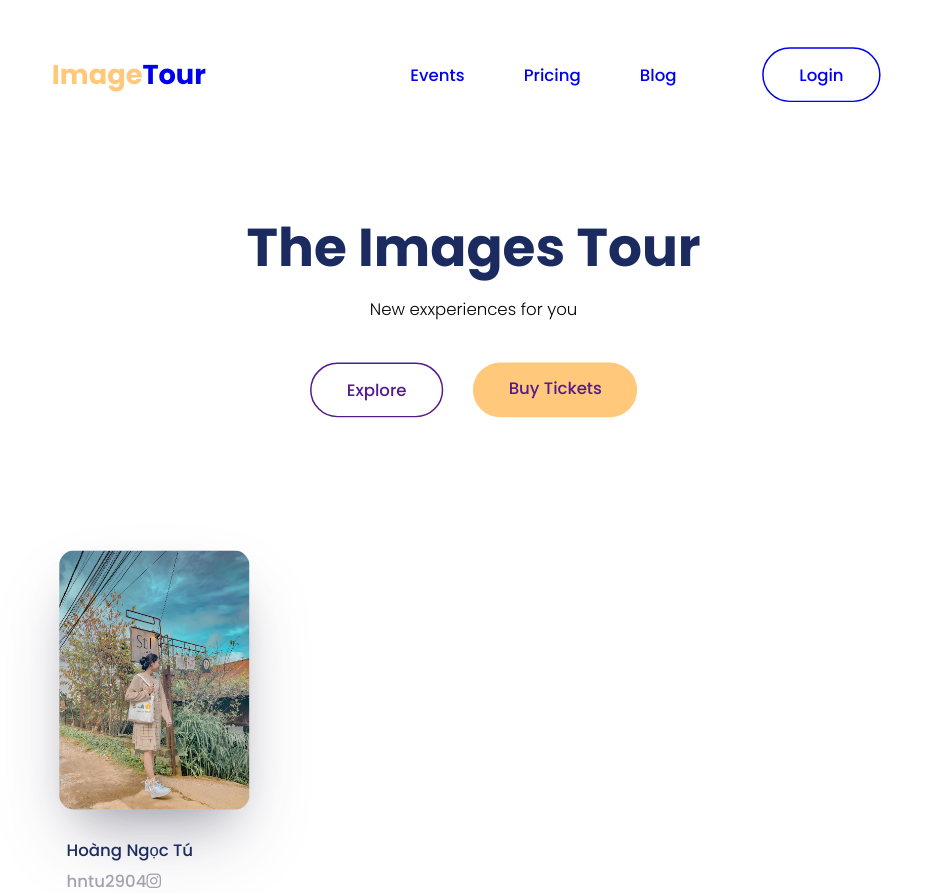
Repository: lausamtuong/Cut-psd-to-html
Page: index.html
The author's editor kept a copy of each file at every save. The page is drawn from the files as they stood at one save, then again after the next save.
The browser window is 1280 px wide. The pictures show the whole page, at 74% of full size.
Some web libraries are served in a nearby version. The style sheet was rebuilt from its Sass, Less or Tailwind sources for each picture, by a compiler version that may differ from the author's.

Above is the page before, as saved 2021-12-07 08:03:23.

### index.html
<!DOCTYPE html>
<html lang="en">
<head>
    <meta charset="UTF-8">
    <meta http-equiv="X-UA-Compatible" content="IE=edge">
    <meta name="viewport" content="width=device-width, initial-scale=1.0">
    <script src="https://unpkg.com/babel-standalone@6/babel.min.js"></script>
    <link rel="stylesheet" href="https://cdnjs.cloudflare.com/ajax/libs/font-awesome/6.0.0-beta3/css/all.min.css" integrity="sha512-Fo3rlrZj/k7ujTnHg4CGR2D7kSs0v4LLanw2qksYuRlEzO+tcaEPQogQ0KaoGN26/zrn20ImR1DfuLWnOo7aBA==" crossorigin="anonymous" referrerpolicy="no-referrer" />
    <title>Playground</title>
    <link
        rel="stylesheet"
        type="text/css"
        href="https://cdn.jsdelivr.net/npm/slick-carousel@1.8.1/slick/slick.css"
      />
    <link rel="stylesheet" href="style.css">
    <link rel="stylesheet" href="reset.css">
    <link href="https://fonts.googleapis.com/css2?family=Lato:ital,wght@1,700;1,900&family=Poppins:wght@300;500;700&display=swap" rel="stylesheet">

</head>
<body>
    <div class="wrapper">
        <header class="header">
            <div class="container header__iner">
                <a href="index.html" class="logo">
                    <span class="logo__text">Image</span>Tour
                </a>
                <nav class="header__menu">
                    <ul class="header__menu-list">
                        <li class="header__menu-item">
                            <a href="#" class="header__menu-link">Events</a>
                        </li>
                        <li class="header__menu-item">
                            <a href="#" class="header__menu-link">Pricing</a>
                        </li>
                        <li class="header__menu-item">
                            <a href="#" class="header__menu-link">Blog</a>
                        </li>
                        <li class="header__menu-item">
                            <a href="#" class="header__menu-link btn btn--border btn--rounded">Login</a>
                        </li>
                    </ul>
                </nav>
            </div>
        </header>
        <section class="banner">
            <div class="container">
                <h1 class="banner__headding">
                   The Images Tour
                </h1>
                <p class="banner__decs">New exxperiences for you </p>
                <div class="banner__buttons">
                    <a href="" class="btn btn--border btn--rounded">Explore</a>
                    <a href="" class="btn btn--rounded btn--primary">Buy Tickets</a>
                </div>
            </div>
        </section>
        <section class="category">
            <div class="container">
                <ul class="category-list">


                </ul>
            </div>
        </section>

    </div>
    <script
    type="text/javascript"
    src="https://code.jquery.com/jquery-1.11.0.min.js"
  ></script>
  <script
    type="text/javascript"
    src="https://code.jquery.com/jquery-migrate-1.2.1.min.js"
  ></script>
  <script
    type="text/javascript"
    src="https://cdn.jsdelivr.net/npm/slick-carousel@1.8.1/slick/slick.min.js"
  ></script>

  <script src="https://unpkg.com/react@17/umd/react.development.js" crossorigin></script>
  <script src="https://unpkg.com/react-dom@17/umd/react-dom.development.js" crossorigin></script>
  <script type="text/babel" src="./app.js"> </script>
</body>
</html>

### reset.css
/* http://meyerweb.com/eric/tools/css/reset/
   v2.0 | 20110126
   License: none (public domain)
*/

html, body, div, span, applet, object, iframe,
h1, h2, h3, h4, h5, h6, p, blockquote, pre,
a, abbr, acronym, address, big, cite, code,
del, dfn, em, img, ins, kbd, q, s, samp,
small, strike, strong, sub, sup, tt, var,
b, u, i, center,
dl, dt, dd, ol, ul, li,
fieldset, form, label, legend,
table, caption, tbody, tfoot, thead, tr, th, td,
article, aside, canvas, details, embed,
figure, figcaption, footer, header, hgroup,
menu, nav, output, ruby, section, summary,
time, mark, audio, video {
	margin: 0;
	padding: 0;
	border: 0;
	font-size: 100%;
	font: inherit;
	vertical-align: baseline;
    font-family: "Poppins",sans-serif;
}
/* HTML5 display-role reset for older browsers */
article, aside, details, figcaption, figure,
footer, header, hgroup, menu, nav, section {
	display: block;
}
body {
	line-height: 1;
}
ol, ul {
	list-style: none;
}
blockquote, q {
	quotes: none;
}
blockquote:before, blockquote:after,
q:before, q:after {
	content: '';
	content: none;
}
table {
	border-collapse: collapse;
	border-spacing: 0;
}

### app.js
$(document).ready(function(){
    $('.category-list').slick({
        infinite: true,
        slidesToShow: 4,
        autoplay: false,
        autoplaySpeed: 1000,
        prevArrow:"<button type='button' class='slick-prev slick-arrow'><i class='fa fa-angle-left' aria-hidden='true'></i></button>",
        nextArrow:"<button type='button' class='slick-next slick-arrow'><i class='fa fa-angle-right' aria-hidden='true'></i></button>"

    });
  });
  function Component(Props){
      return (
         <div className="123">
              <li className="category-item">
                    <img src={Props.img} alt="" className="category__img"/>
                    <h3 className="category__name">{Props.name}</h3>
                     <a href="" className="category__details">
                         {Props.ins}
                        <i className="fab fa-instagram"></i>
                    </a>
                </li>
          </div>
      )
  }

  function App(){
      return(<div>
        <Component img="./img/1.jpg" name="Hoàng Ngọc Tú" ins="hntu2904"/>

      </div>)
  }

  ReactDOM.render(<App/>,document.querySelector(".category-list"))

### style.scss
$primary-color:#ffc87a;
$text-color:#1b2b5f;
a{
    text-decoration: none;
    &:hover{
        opacity: 0.9;
    }
    &:focus{
        color:$text-color
    }
}
.container{
    padding: 0 70px;
    max-width: 1500px;

    margin: 0 auto;

}
.header{
    padding-top: 4rem;
    &__iner{
        display: flex;
        justify-content:space-between;
        align-items: center;

    }
    &__menu{
        &-list{
        display: flex;
        align-items: center;
        }
        &-item{
            margin-left: 5rem;
            &:last-child{
                margin-left: 6rem;
            }
        }
        &-link{
            font-size: 1.4rem;
            &:hover{
                color:$primary-color;
                transition:  0.3s linear;
            }
        }
    }
}
.logo{
font-size: 2.3rem;
font-weight: 600;
&:focus{
    color: $text-color;
}
&__text{
    color:$primary-color
}
}
.banner{
    padding-top:10rem;
    max-width: 1000px;
    margin: 0 auto;
    text-align: center;
    &__headding{
        font-size: 4.5rem;
        color:$text-color;
        font-weight: 900;
        margin-bottom: 2rem;

    }
    &__decs{
        font-size: 1.4rem;
        font-weight: 300;
        line-height: 1.4;
        word-break: break-word;
        margin-bottom: 3.5rem;
    }
    &__buttons{
        display: flex;
        justify-content: center;
    }

}

.btn{
    outline: none;
    margin: 0 20px;
    font-size:1.4rem;
    text-align:center;
    color:&$text-color;
    padding: 1.5rem 3rem;
    display:inline-block;
    border:0;
    cursor: pointer;
    background-color: transparent;;
    &--border {
        border:2px solid currentColor;
    }
    &--rounded{
       border-radius: 100px;
    }
    &--primary{
        background-color: $primary-color;
    }
}
.category{
    margin-top: 180px;
    font-size: 1.4rem;
    &-list{
        display: flex;
        align-items: center;
        justify-content: space-between;
    }
    &__img{
        object-fit: cover;
        width:98%;
        height: 350px;
        border-radius: 20px;
        box-shadow: rgba(50, 50, 93, 0.25) 0px 50px 100px -20px, rgba(0, 0, 0, 0.3) 0px 30px 60px -30px, rgba(10, 37, 64, 0.35) 0px -2px 6px 0px inset;      }
    &-item{
        margin-left: 10px;
    }
    &__details{
        color:#a0a3b0;
        width:100%;
        display: inline-block;
        padding-left: 10px;
    }
    &__name{
        padding:40px 0px 20px 10px ;
        color:$text-color;
    }
}
.slick-prev{


    left:-40px;


}
.slick-arrow{
    position: absolute;
    height:40px;
    width: 70px;
    top:35%;
    background-color: $primary-color;
    z-index: 3;
    border: none;
    font-weight: 600;
    cursor: pointer;
    border-radius: 30px;

}
.slick-next{
    right:-40px;

}

After the next save:
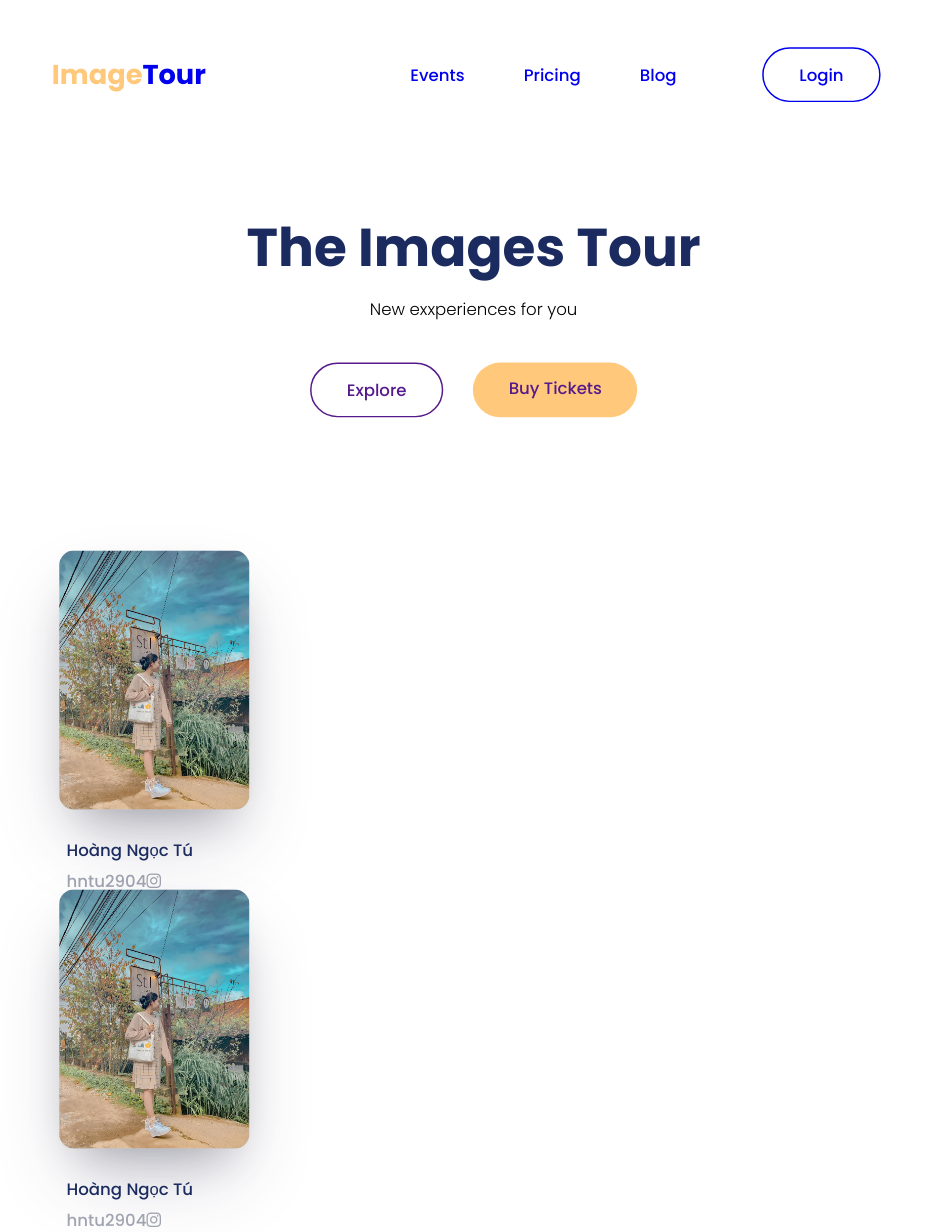
Saved 12 s later.
--- a/app.js
+++ b/app.js
@@ -27,7 +27,7 @@
   function App(){
       return(<div>
         <Component img="./img/1.jpg" name="Hoàng Ngọc Tú" ins="hntu2904"/>
-
+        <Component img="./img/1.jpg" name="Hoàng Ngọc Tú" ins="hntu2904"/>
       </div>)
   }
 
